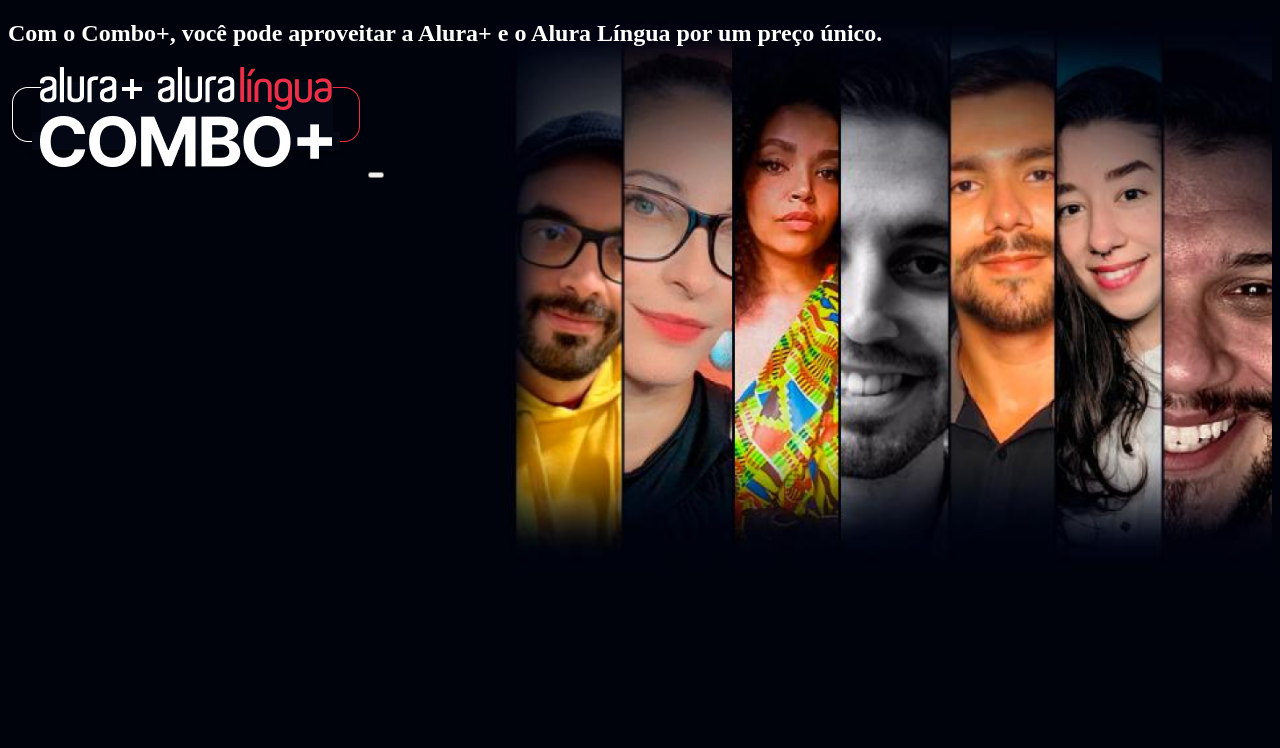
Repository: DamnDTX/praticando-font-end
Page: index.html
An editor plug-in stored every save of this project. The page is shown before and after the next save, followed by the edit.
The browser window is 1280 px wide. The pictures show the whole page.

Above is the page before, as saved 2023-07-13 14:28:56.

After the next save:
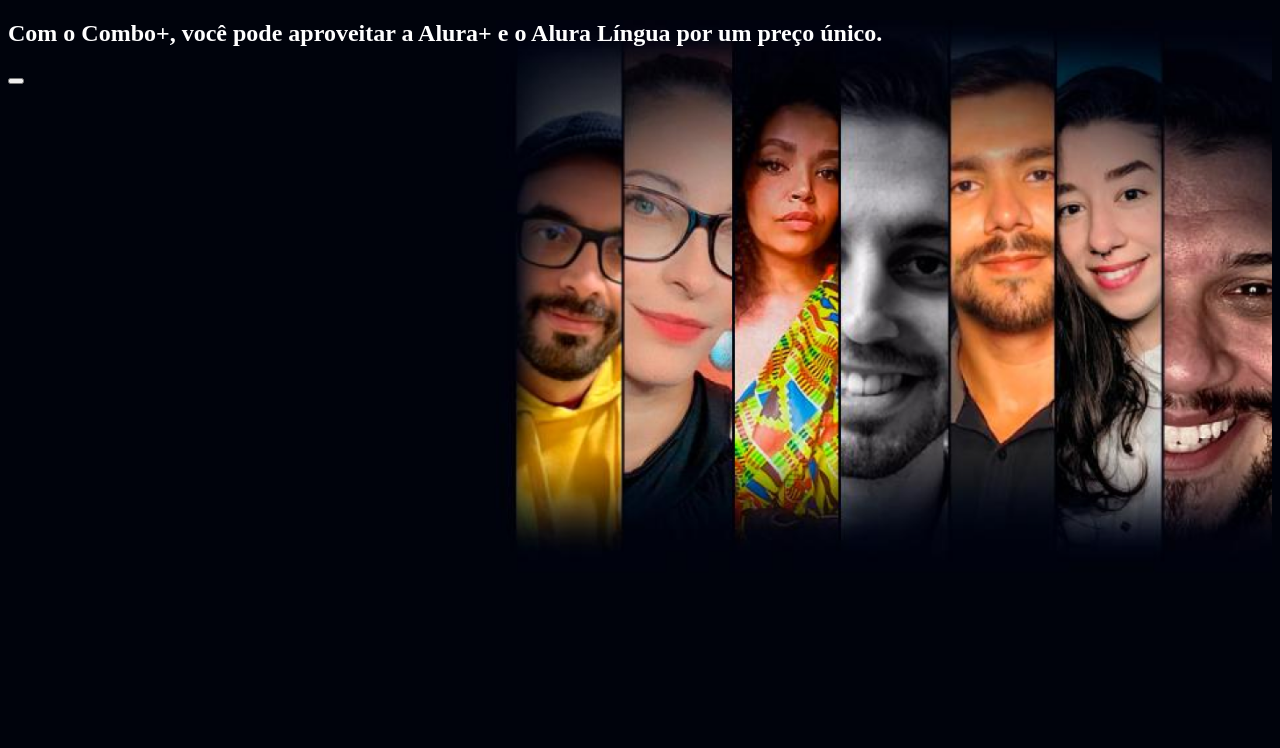
Saved 26 s later.
--- a/index.html
+++ b/index.html
@@ -15,8 +15,8 @@
         <section class="container principal">
         <h1>
             Com o Combo+, você pode aproveitar a Alura+ e o Alura Língua por um preço único.
-     </h1>
-        <img src="imagens/Combo.png" alt="descrição do que é o combo+">
+         </h1>
+
         <button>
 
         </button>
